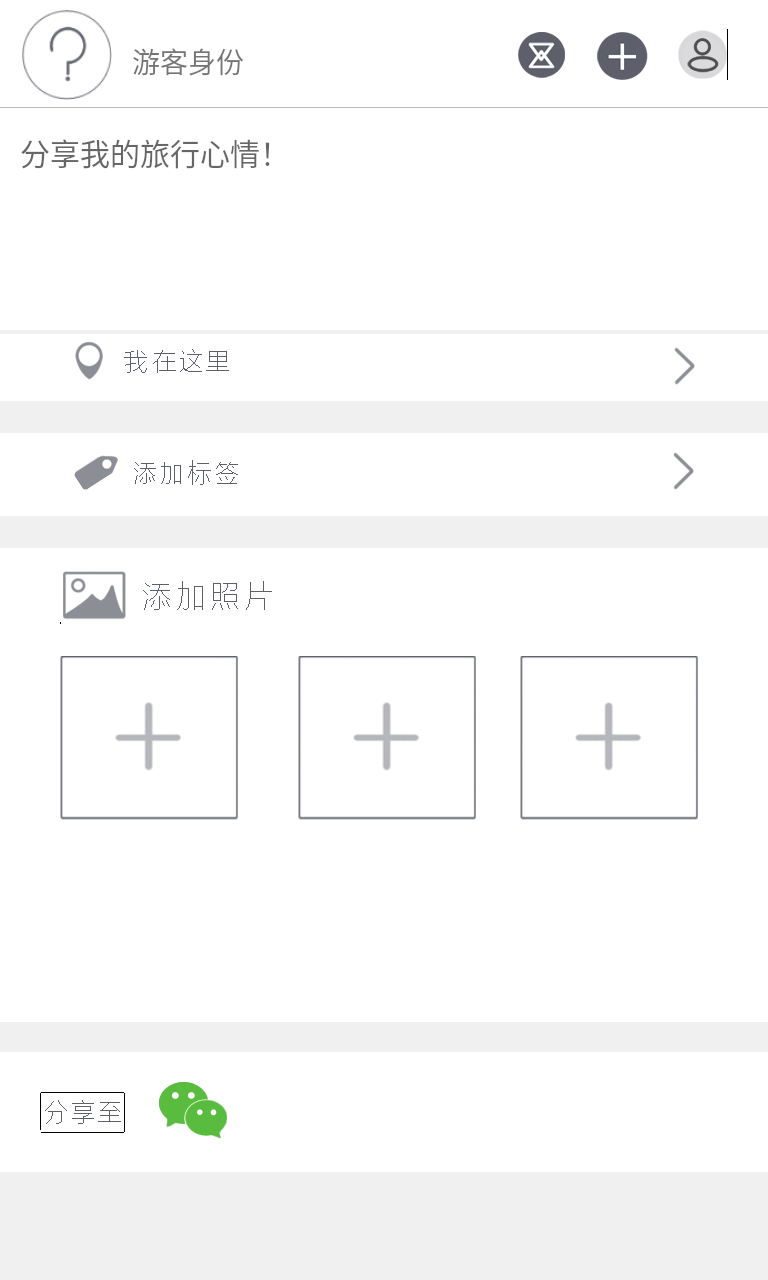
Repository: MinoyJet/Amoy
Layout: beta5/res/layout/sq_fatie.xml
These files come from the project's save history. The layout is drawn as it stood at one moment and after the next save; the edit follows.
It is drawn on a 768 x 1280 px phone screen (xhdpi) without system bars, with theme AppTheme; the app's code is not run.

Above is the layout before, as saved 2015-04-25 08:48:17.

### beta5/res/layout/sq_fatie.xml
<?xml version="1.0" encoding="utf-8"?>
<LinearLayout xmlns:android="http://schemas.android.com/apk/res/android"
    android:layout_width="match_parent"
    android:layout_height="match_parent"
    android:background="#f0f0f0"
    android:orientation="vertical" >
    <RelativeLayout
        android:id="@+id/relativeLayout1"
        android:layout_width="fill_parent"
        android:layout_height="55dp"
        android:background="#ffffff"
        android:layout_alignParentLeft="true"
        android:layout_alignParentTop="true"
        android:orientation="vertical" >

        <ImageView
            android:id="@+id/imageView2"
            android:layout_width="match_parent"
            android:layout_height="wrap_content"
            android:layout_alignParentBottom="true"
            android:layout_alignParentLeft="true"
            android:background="@drawable/xian" />

        <ImageView
            android:id="@+id/imageView1"
            android:layout_width="45dp"
            android:layout_height="45dp"
            android:layout_alignParentLeft="true"
            android:layout_centerVertical="true"
            android:layout_marginLeft="11dp"
            android:background="@drawable/yonghuyouke" />

        <ImageButton
            android:id="@+id/haoyou"
            android:layout_width="wrap_content"
            android:layout_height="wrap_content"
            android:layout_alignParentRight="true"
            android:layout_centerVertical="true"
            android:layout_marginRight="20dp"
            android:background="@drawable/haoyou" />

        <ImageButton
            android:id="@+id/tiezi"
            android:layout_width="wrap_content"
            android:layout_height="wrap_content"
             android:layout_centerVertical="true"
android:layout_alignParentRight="true"
android:onClick="quanzi"
           android:layout_marginRight="100dp"

            android:background="@drawable/tiezi" />

        <ImageButton
            android:id="@+id/fatie"
            android:layout_width="wrap_content"
            android:layout_height="wrap_content"
                    android:layout_centerVertical="true"
           android:layout_marginRight="60dp"
android:layout_alignParentRight="true"

            android:background="@drawable/fatie" />

        <TextView
            android:id="@+id/textView1"
            android:layout_width="wrap_content"
            android:layout_height="wrap_content"

               android:layout_marginTop="20dp"
            android:layout_marginLeft="10dp"
            android:layout_toRightOf="@+id/imageView1"
            android:text="游客身份" />

    </RelativeLayout>
    <EditText
        android:id="@+id/et_fabu"
        android:layout_width="fill_parent"
        android:layout_height="110dp"
        android:textColor="#ffffff"
        android:background="#ffffff"
        android:gravity="left"
        android:hint="分享我的旅行心情！"
        android:padding="10dp"
        android:textSize="15dp"
        />
    <LinearLayout
        android:layout_width="fill_parent"
        android:layout_height="wrap_content"
        android:background="#ffffff"
        android:gravity="center"
        android:layout_marginTop="2dp"
        >
        <ImageButton
        android:layout_width="wrap_content"
        android:layout_height="wrap_content"
        android:layout_gravity="center"
        android:background="#ffffff"
        android:src="@drawable/wozaizheli"/>
    </LinearLayout>
    <LinearLayout
        android:layout_width="fill_parent"
        android:layout_height="wrap_content"
        android:background="#ffffff"
        android:gravity="center"
        android:layout_marginTop="16dp"
        >

    <ImageButton
        android:id="@+id/biaoqian"
        android:layout_width="wrap_content"
        android:layout_height="wrap_content"
       android:background="#ffffff"
        android:src="@drawable/tianjiabiaoqian"/>
     </LinearLayout>
    <LinearLayout
        android:layout_width="fill_parent"
        android:layout_height="237dp"
        android:layout_marginTop="16dp"
        android:background="#ffffff"
        android:orientation="vertical"
        >
        <ImageButton
            android:id="@+id/jiazhaopian"
            android:layout_width="wrap_content"
            android:layout_height="wrap_content"
            android:layout_marginLeft="30dp"
android:layout_marginTop="10dp"            android:background="@drawable/tianjiazhaopian"/>
        <LinearLayout
            android:layout_width="fill_parent"
            android:layout_height="180dp"
            android:layout_marginTop="16dp"
            android:orientation="horizontal">
        <ImageView
            android:layout_width="wrap_content"
            android:layout_height="wrap_content"
            android:layout_marginLeft="30dp"
            android:src="@drawable/jiatupian"/>
        <ImageView
            android:layout_width="wrap_content"
            android:layout_height="wrap_content"
            android:layout_marginLeft="30dp"
            android:src="@drawable/jiatupian"/>
        <ImageButton
            android:id="@+id/jiazhaopian"
            android:layout_width="wrap_content"
            android:layout_height="wrap_content"
            android:layout_marginLeft="22dp"
            android:background="@drawable/jiatupian"/>
        </LinearLayout>
    </LinearLayout>

    <LinearLayout
        android:layout_width="fill_parent"
        android:layout_height="60dp"
        android:layout_marginTop="15dp"
        android:background="#ffffff"
        android:orientation="horizontal" >

        <ImageView
            android:layout_width="wrap_content"
            android:layout_height="wrap_content"
            android:layout_marginLeft="20dp"
            android:layout_marginTop="20dp"

            android:src="@drawable/fenxiangzhi" />

        <ImageButton
            android:id="@+id/weixin"
            android:layout_width="wrap_content"
            android:layout_height="wrap_content"
            android:layout_marginTop="10dp"
            android:layout_marginLeft="10dp"
            android:background="@drawable/weixin"/>

    </LinearLayout>
</LinearLayout>

### beta5/res/values/styles.xml
<resources>

    <!--
        Base application theme, dependent on API level. This theme is replaced
        by AppBaseTheme from res/values-vXX/styles.xml on newer devices.
    -->
    <style name="AppBaseTheme" parent="Theme.AppCompat.Light">
           <item name="android:windowIsTranslucent">true</item>
             <item name="android:windowNoTitle">true</item>
        <!--
            Theme customizations available in newer API levels can go in
            res/values-vXX/styles.xml, while customizations related to
            backward-compatibility can go here.
        -->
    </style>

    <!-- Application theme. -->
    <style name="AppTheme" parent="AppBaseTheme">
        <!-- All customizations that are NOT specific to a particular API-level can go here. -->
    </style>

</resources>

### beta5/res/values-v11/styles.xml
<resources>

    <!--
        Base application theme for API 11+. This theme completely replaces
        AppBaseTheme from res/values/styles.xml on API 11+ devices.
    -->
    <style name="AppBaseTheme" parent="Theme.AppCompat.Light">
           <item name="android:windowIsTranslucent">true</item>
             <item name="android:windowNoTitle">true</item>
        <!-- API 11 theme customizations can go here. -->
    </style>

</resources>

### beta5/res/values-v14/styles.xml
<resources>

    <!--
        Base application theme for API 14+. This theme completely replaces
        AppBaseTheme from BOTH res/values/styles.xml and
        res/values-v11/styles.xml on API 14+ devices.
    -->
    <style name="AppBaseTheme" parent="Theme.AppCompat.Light.DarkActionBar">
           <item name="android:windowIsTranslucent">true</item>
             <item name="android:windowNoTitle">true</item>
        <!-- API 14 theme customizations can go here. -->
    </style>

</resources>

After the next save:
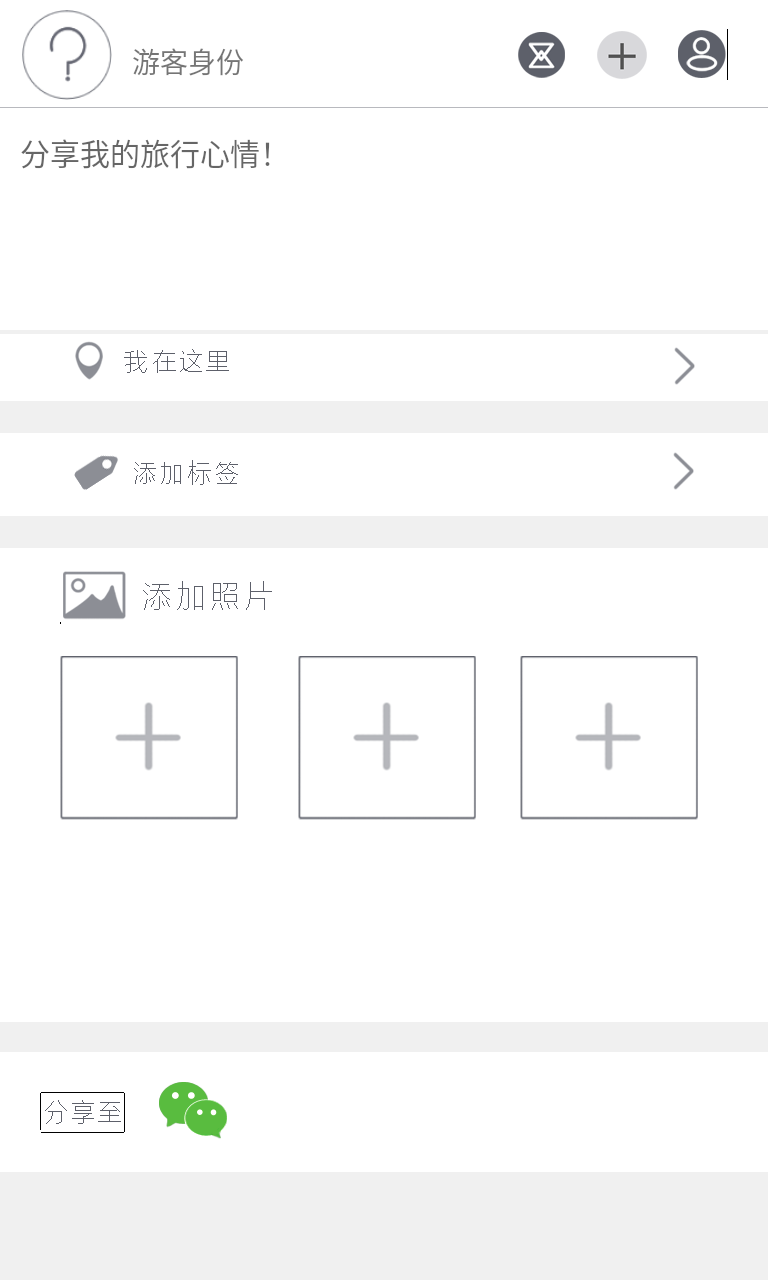
Saved 2 min 56 s later.
--- a/beta5/res/layout/sq_fatie.xml
+++ b/beta5/res/layout/sq_fatie.xml
@@ -37,7 +37,7 @@
             android:layout_alignParentRight="true"
             android:layout_centerVertical="true"
             android:layout_marginRight="20dp"
-            android:background="@drawable/haoyou" />
+            android:background="@drawable/faxiann" />
 
         <ImageButton
             android:id="@+id/tiezi"
@@ -58,7 +58,7 @@ android:onClick="quanzi"
            android:layout_marginRight="60dp"
 android:layout_alignParentRight="true"
 
-            android:background="@drawable/fatie" />
+            android:background="@drawable/jiahaon" />
 
         <TextView
             android:id="@+id/textView1"
